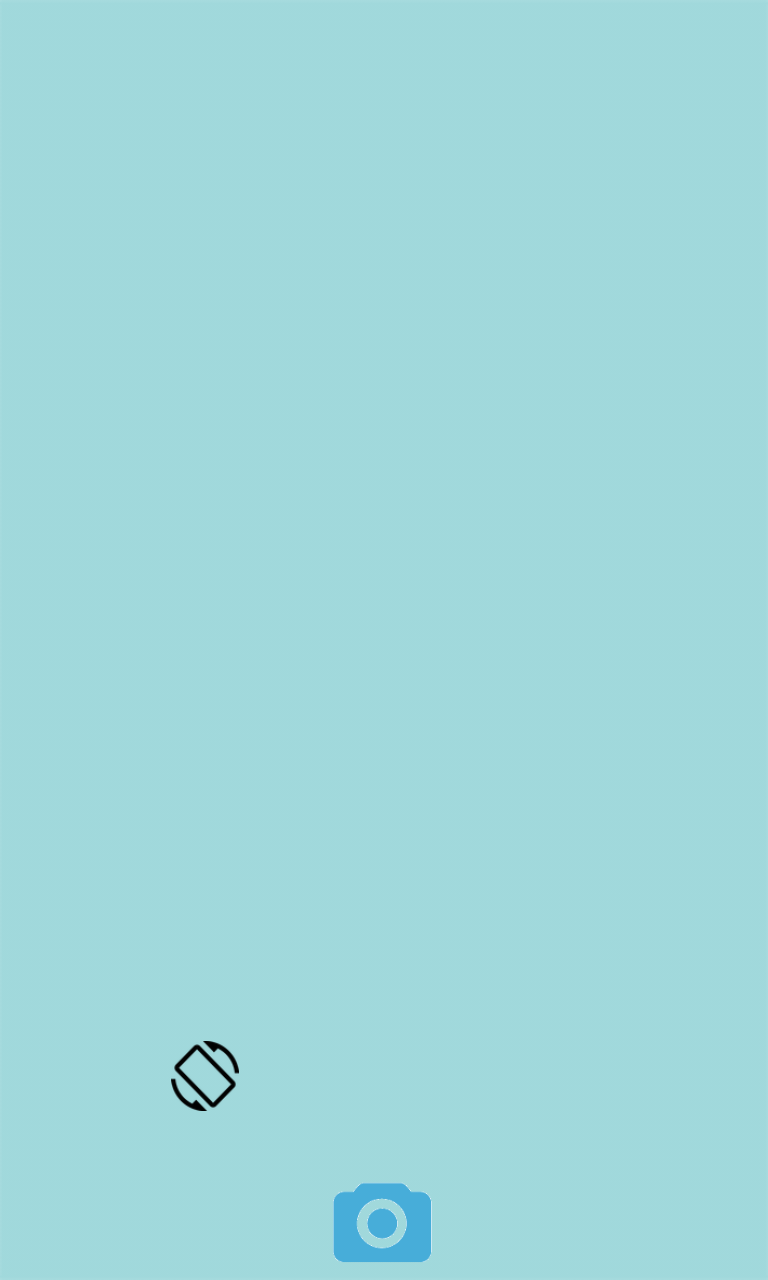
Repository: jucasoliveira/crazycameraapp
Layout: CrazyCameraCp/res/layout/activity_main.xml
The author's editor kept a copy of each file at every save. The layout is drawn from the files as they stood at one save, then again after the next save.
It is drawn on a 768 x 1280 px phone screen (xhdpi) without system bars, with theme AppTheme; the app's code is not run.

Above is the layout before, as saved 2015-04-16 23:27:33.

After the next save:
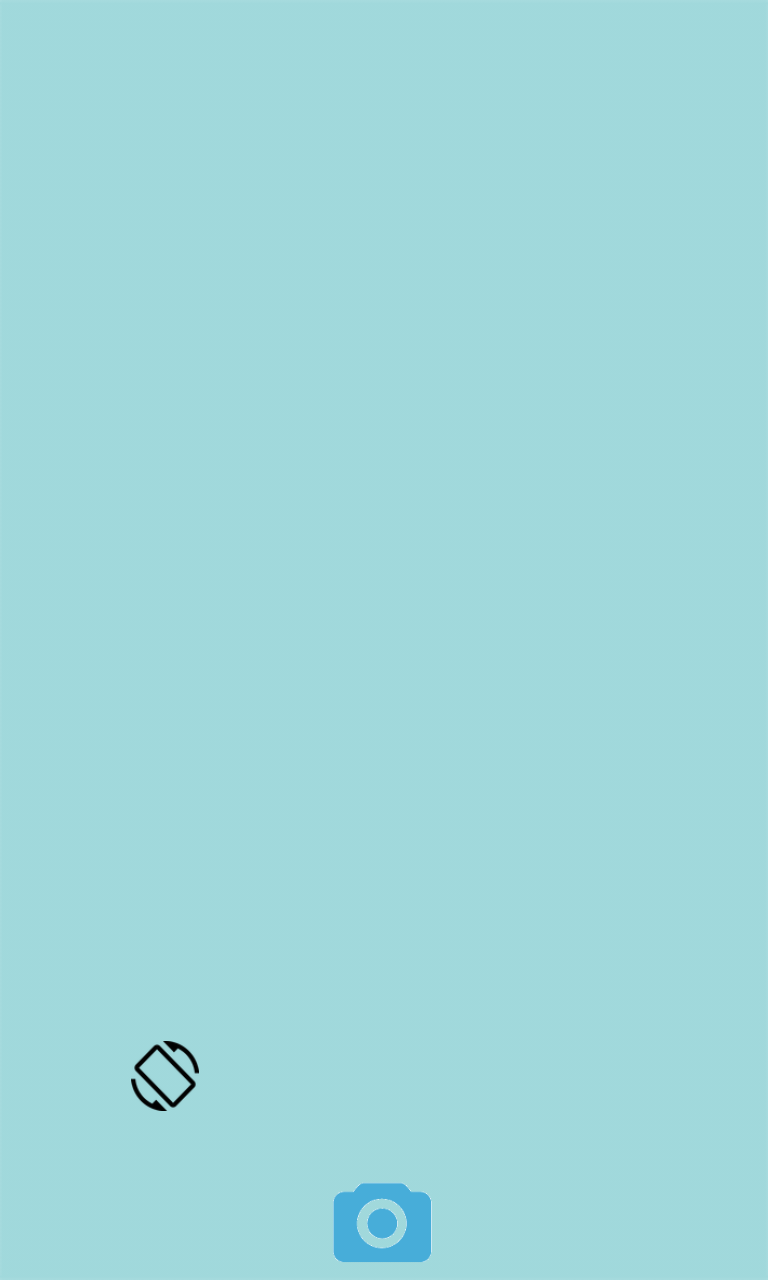
Saved 5 min 0 s later.
--- a/CrazyCameraCp/res/layout/activity_main.xml
+++ b/CrazyCameraCp/res/layout/activity_main.xml
@@ -26,7 +26,7 @@
        android:layout_width="34dp"
        android:layout_height="35dp"
        android:layout_gravity="center"
-       android:layout_marginLeft="-90dp"
+       android:layout_marginLeft="-110dp"
        android:layout_marginTop="-120dp"
        android:background="@drawable/icon_rotate" />
 
